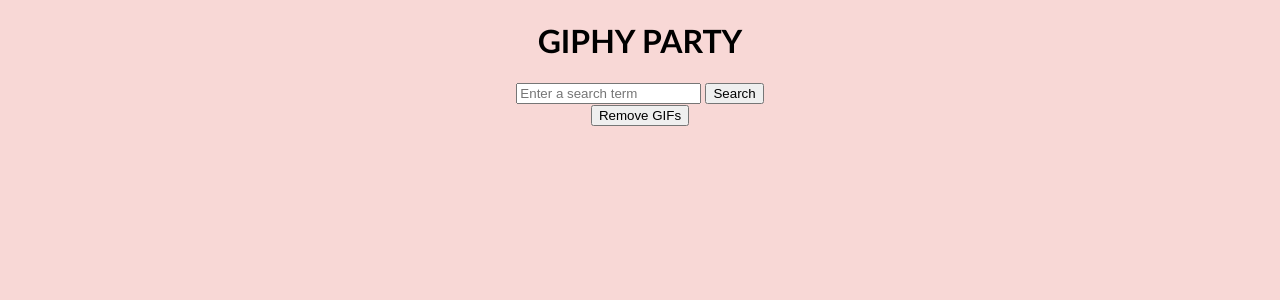
Repository: rmdayberry/AJAX-Giphy-Party
Page: index.html
These files come from the project's save history. The page is drawn as it stood at one moment and after the next save; the edit follows.
The browser window is 1280 px wide. The pictures show the whole page.
Some web libraries are served in a nearby version.

Above is the page before, as saved 2024-08-06 12:59:57.

### index.html
<!DOCTYPE html>
<html lang="en">
  <head>
    <meta charset="UTF-8" />
    <title>Giphy Party!</title>
    <link rel="stylesheet" href="style.css" />
  </head>

  <body>
    <h1>GIPHY PARTY</h1>
    <form id="gifForm">
      <input type="text" id="searchTerm" placeholder="Enter a search term" />
      <button type="submit">Search</button>
    </form>
    <div id="gifContainer"></div>

    <button id="removeAllBtn">Remove GIFs</button>
    <script src="https://code.jquery.com/jquery-3.2.1.js"></script>
    <script src="https://unpkg.com/axios/dist/axios.js"></script>
    <script src="app.js"></script>
  </body>
</html>

### style.css
body {
  font-family: "Trebuchet MS", "Lucida Sans Unicode", "Lucida Grande",
    "Lucida Sans", Arial, sans-serif;
  background-color: rgb(248, 216, 214);
  text-align: center;
  margin: 0;
  padding: 0;
}

### app.js
console.log("Let's get this party started!");
//handle form submissions and AJAX requests
document
  .getElementById("gifForm")
  .addEventListener("submit", async function (e) {
    e.preventDefault();

    const searchTerm = document.getElementById("searchTerm").value;
    const apiKey = "MhAodEJIJxQMxW9XqxKjyXfNYdLoOIym";
    const url = `http://api.giphy.com/v1/gifs/search?q=${searchTerm}&api_key=${apiKey}`;

    try {
      const response = await axios.get(url);
      console.log(response.data);
      //append gifs to page
      const gifUrl = response.data.data[0].images.fixed_height.url; //get first gif url
      const img = document.createElement("img");
      img.src = gifUrl;
      document.getElementById("gifContainer").appendChild(img);
    } catch (error) {
      console.log("Error finding GIF:", error);
    }
  });

//add eventListener to remove GIFs button
document.getElementById("removeAllBtn").addEventListener("click", function () {
  const gifContainer = document.getElementById("gifContainer");
  while (gifContainer.firstChild) {
    gifContainer.removeChild(gifContainer.firstChild);
  }
});

After the next save:
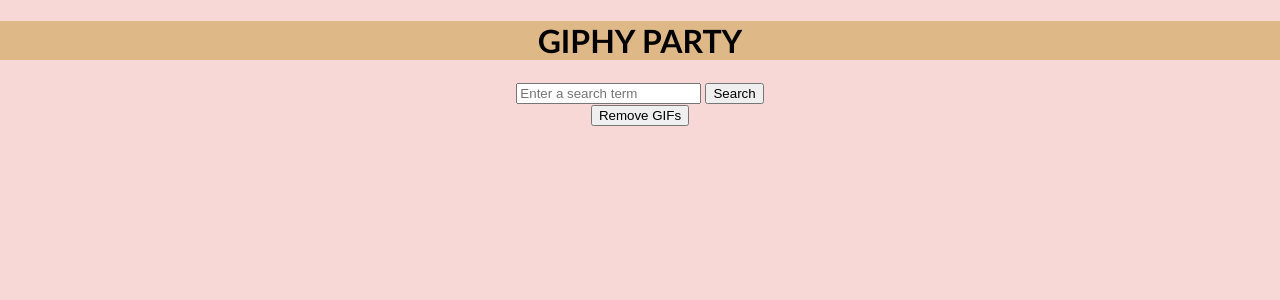
Saved 19 s later.
--- a/style.css
+++ b/style.css
@@ -6,3 +6,7 @@
   margin: 0;
   padding: 0;
 }
+
+h1 {
+  background-color: burlywood;
+}
